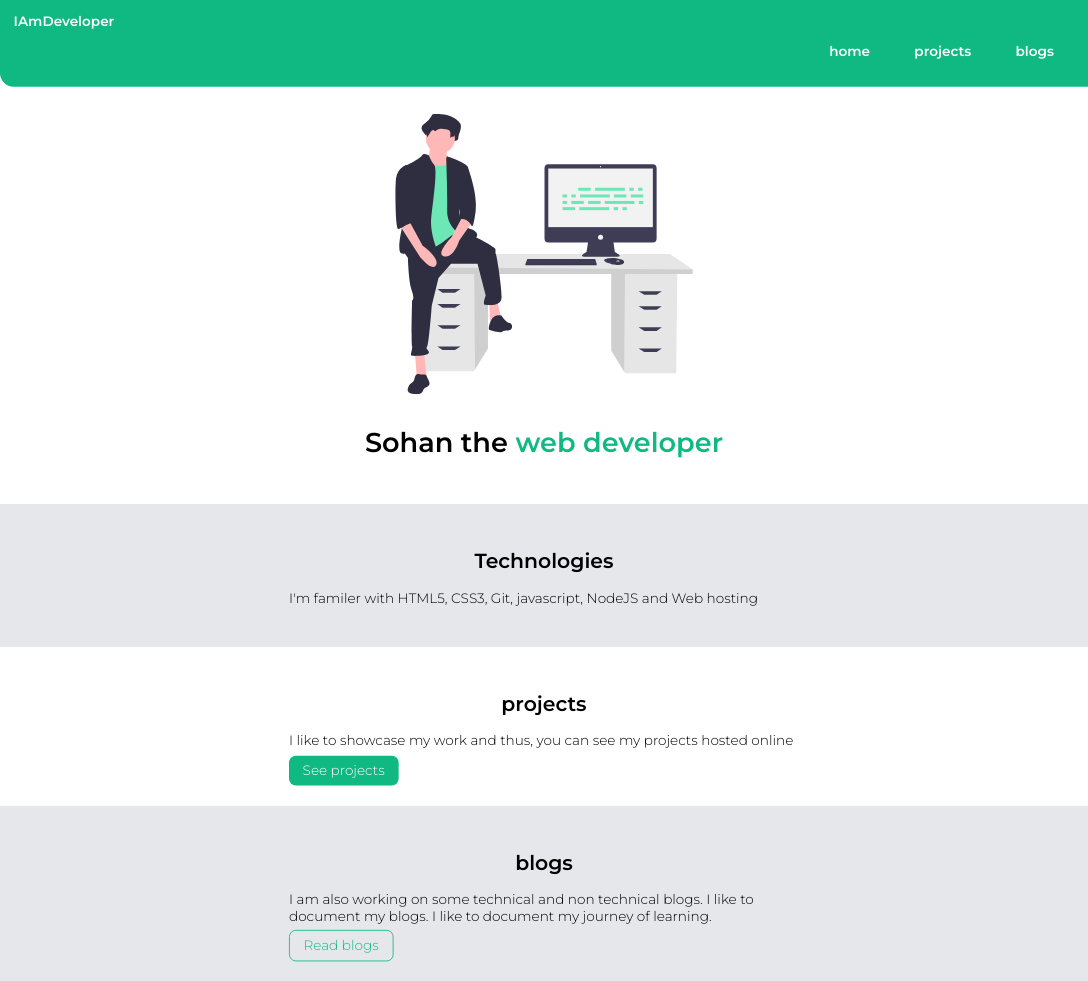
Repository: sohan2503001/Portfolio
Page: index.html
These files come from the project's save history. The page is drawn as it stood at one moment and after a run of saves; the edit follows.
The browser window is 1280 px wide. The pictures show the whole page, at 85% of full size.

Above is the page before, as saved 2021-03-27 19:06:32.

After the next 2 saves:
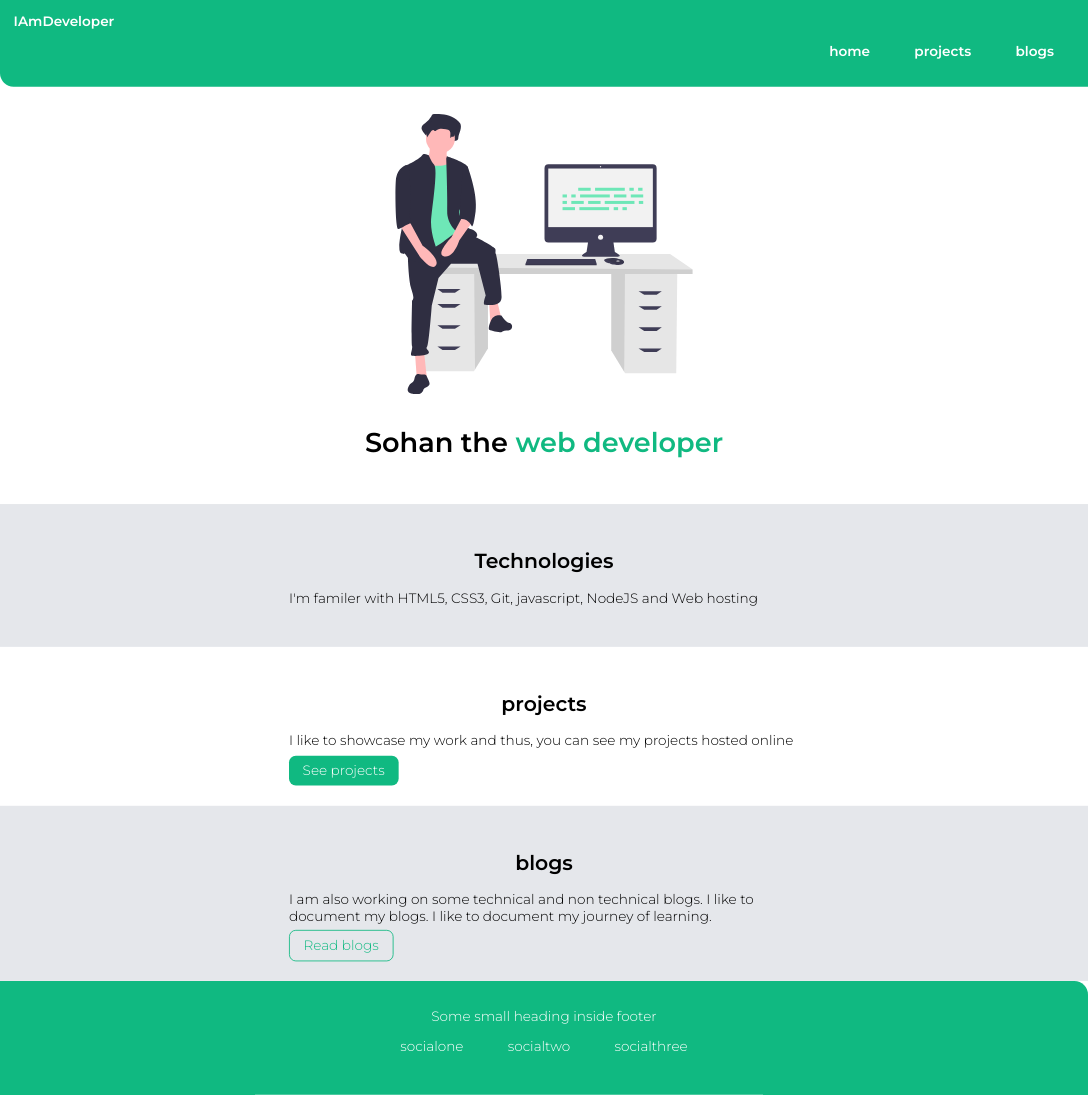
The 2 saves are shown as one change because they came seconds apart.
The last was saved 32 s later.
--- a/index.html
+++ b/index.html
@@ -59,5 +59,28 @@
         <a class="link link-secondary" href="/">Read blogs</a>
       </div>
     </section>
+
+    <footer class="footer">
+        <div class="footer-header">Some small heading inside footer</div>
+        <ul class="social-links list-non-bullet">
+            <li class="list-item-inline">
+                <a class="link" href="/">
+                    socialone
+                </a>
+            </li>
+            <li class="list-item-inline">
+                <a class="link" href="/">
+                    socialtwo
+                </a>
+            </li>
+            <li class="list-item-inline">
+                <a class="link" href="/">
+                    socialthree
+                </a>
+            </li>
+
+        </ul>
+    </footer>
+
   </body>
 </html>
